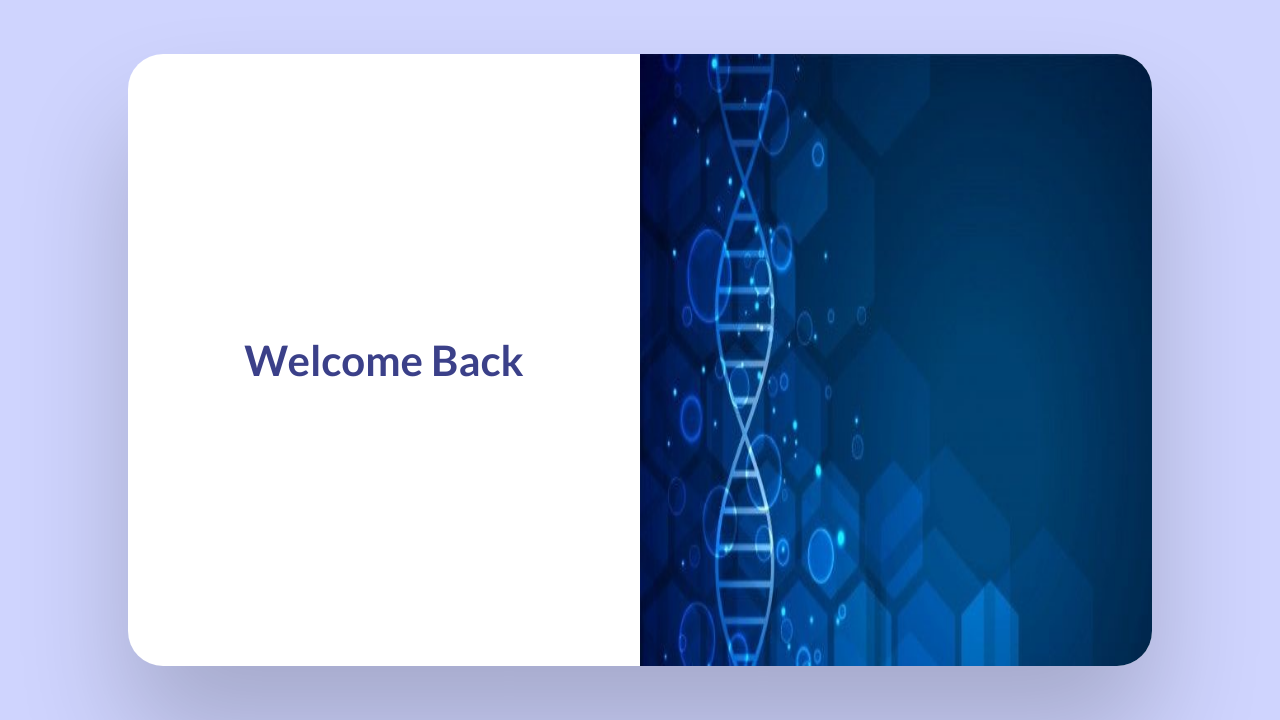
Repository: ajayaj2001/healthcare-digitization
Page: /
An editor plug-in stored every save of this project. The page is shown before and after the next save, followed by the edit.
The browser window is 1280 px wide. The pictures show the whole page.
The project was rebuilt for these pictures with package versions that can differ from the ones it lists, and the page was loaded fresh each time. Also part of the build but not shown: src/component/userType/UserType.scss, src/component/userType/UserType.js.

Above is the page before, as saved 2021-03-12 21:03:41.

After the next save:
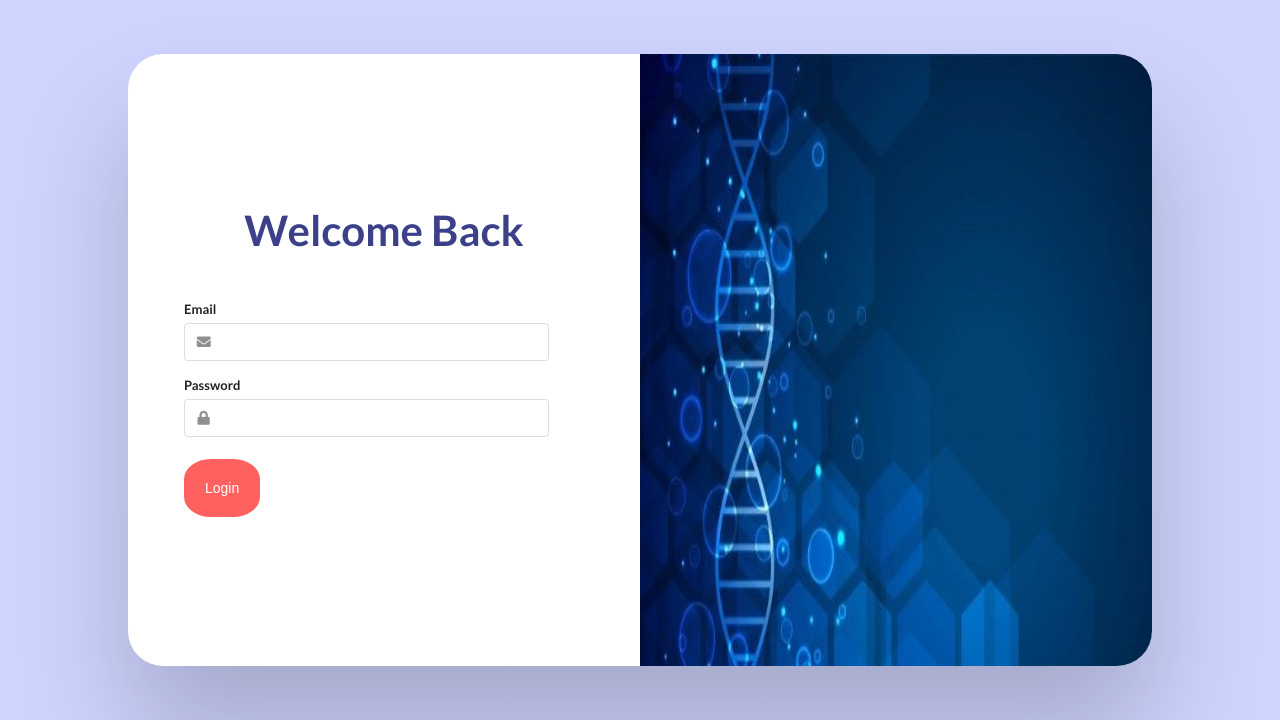
Saved 40 s later.
--- a/src/component/login/Login.js
+++ b/src/component/login/Login.js
@@ -10,7 +10,7 @@ const Login = () => {
             <div className="login">
                 <div className="login__signin">
                     <h2 className="login__signin--heading">Welcome Back</h2>
-                    {/* <div className="login__signin--form"><LoginForm /></div> */}
+                    <div className="login__signin--form"><LoginForm /></div>
                 </div>
 
                 <img src={sideGif} alt="rocket" className="login__image" />
